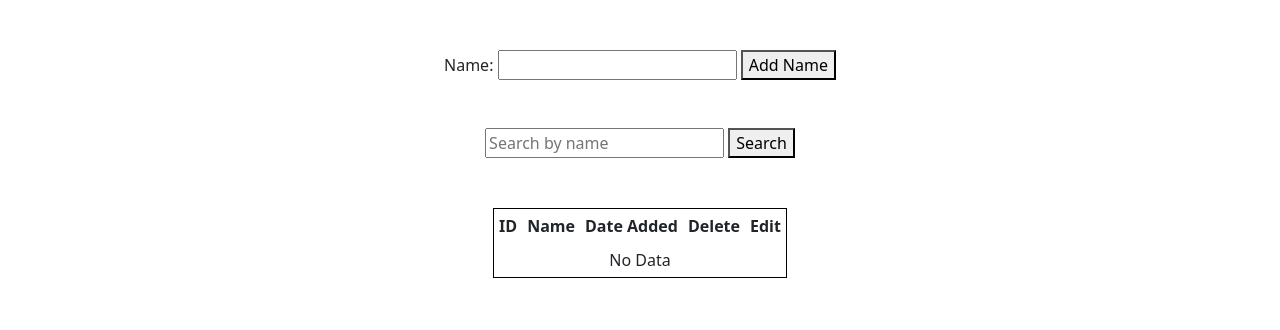
Repository: Theracon/Simple-mysql-node-app
Page: client/index.html
The author's editor kept a copy of each file at every save. The page is drawn from the files as they stood at one save, then again after the next save.
The browser window is 1280 px wide. The pictures show the whole page.

Above is the page before, as saved 2021-06-04 09:22:46.

After the next save:
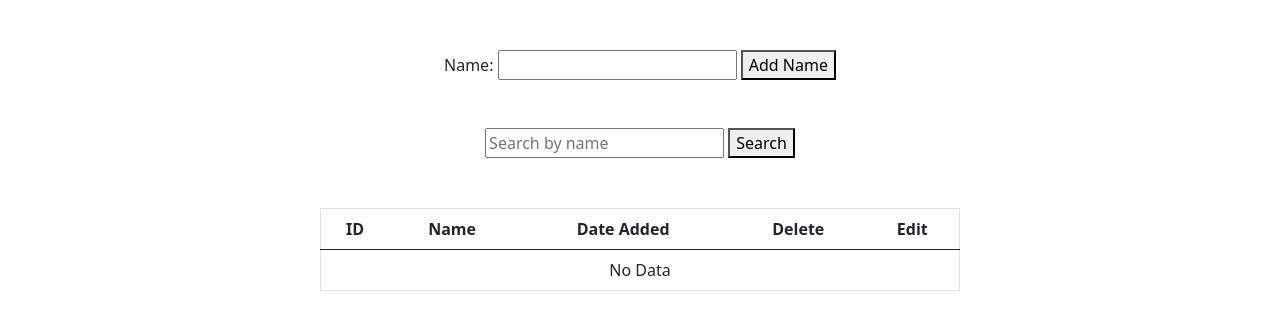
Saved 68 s later.
--- a/client/index.html
+++ b/client/index.html
@@ -23,7 +23,7 @@
             <button id="search-btn">Search</button>
         </div>
 
-        <table id="table">
+        <table id="table" class="table">
             <thead>
                 <th>ID</th>
                 <th>Name</th>
